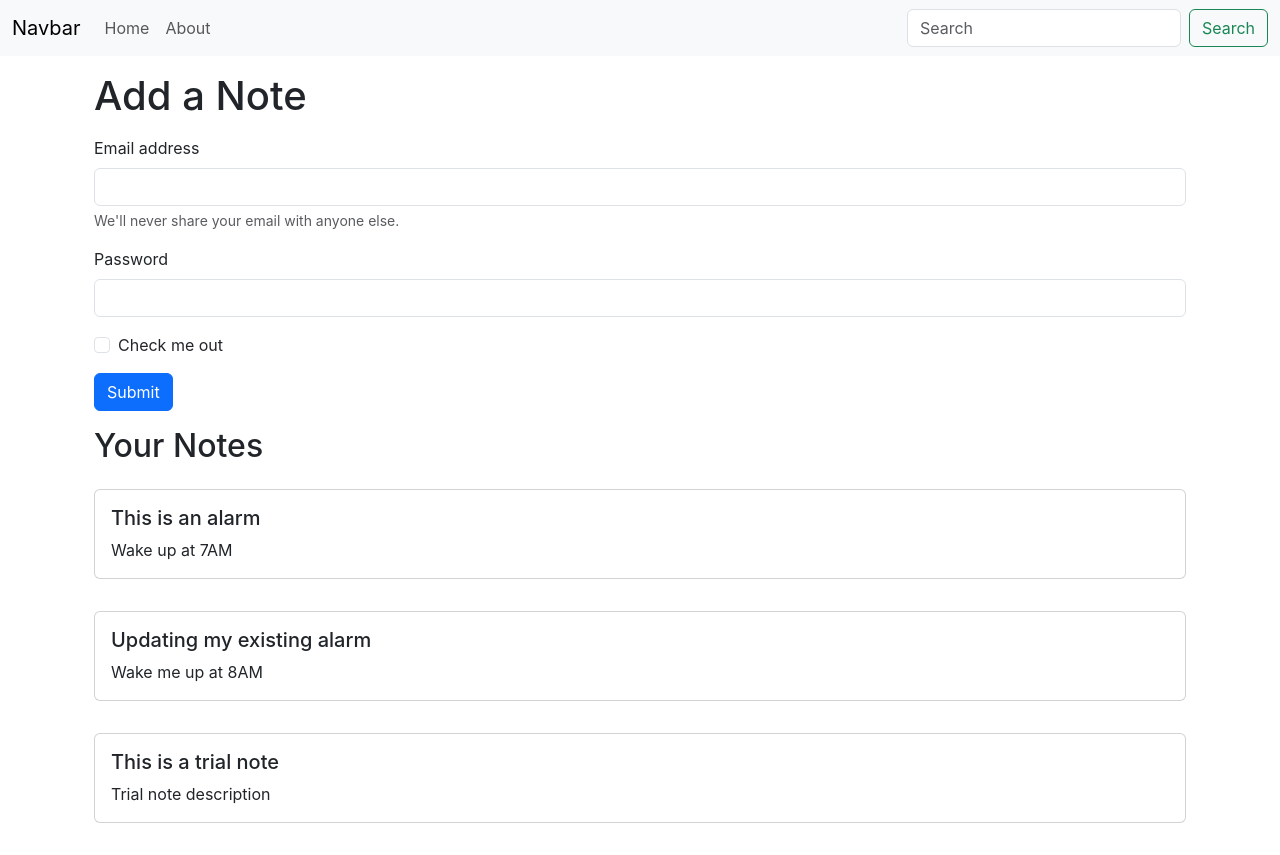
Repository: bhaveshdaipuria/inotebook
Page: /home
An editor plug-in stored every save of this project. The page is shown before and after the next save, followed by the edit.
The browser window is 1280 px wide. The pictures show the whole page.
The project was rebuilt for these pictures with package versions that can differ from the ones it lists, and the page was loaded fresh each time. Also part of the build but not shown: src/App.css, src/components/About.js.

Above is the page before, as saved 2023-05-03 14:20:08.

### public/index.html
<!DOCTYPE html>
<html lang="en">
  <head>
    <meta charset="utf-8" />
    <link rel="icon" href="%PUBLIC_URL%/favicon.ico" />
    <meta name="viewport" content="width=device-width, initial-scale=1" />
    <meta name="theme-color" content="#000000" />
    <meta
      name="description"
      content="Web site created using create-react-app"
    />
    <link rel="apple-touch-icon" href="%PUBLIC_URL%/logo192.png" />
    <link href="https://cdn.jsdelivr.net/npm/bootstrap@5.3.0-alpha3/dist/css/bootstrap.min.css" rel="stylesheet" integrity="sha384-KK94CHFLLe+nY2dmCWGMq91rCGa5gtU4mk92HdvYe+M/SXH301p5ILy+dN9+nJOZ" crossorigin="anonymous">
    <!--
      manifest.json provides metadata used when your web app is installed on a
      user's mobile device or desktop. See https://developers.google.com/web/fundamentals/web-app-manifest/
    -->
    <link rel="manifest" href="%PUBLIC_URL%/manifest.json" />
    <!--
      Notice the use of %PUBLIC_URL% in the tags above.
      It will be replaced with the URL of the `public` folder during the build.
      Only files inside the `public` folder can be referenced from the HTML.

      Unlike "/favicon.ico" or "favicon.ico", "%PUBLIC_URL%/favicon.ico" will
      work correctly both with client-side routing and a non-root public URL.
      Learn how to configure a non-root public URL by running `npm run build`.
    -->
    <title>iNotebook</title>
  </head>
  <body>
    <noscript>You need to enable JavaScript to run this app.</noscript>
    <div id="root"></div>
    <!--
      This HTML file is a template.
      If you open it directly in the browser, you will see an empty page.

      You can add webfonts, meta tags, or analytics to this file.
      The build step will place the bundled scripts into the <body> tag.

      To begin the development, run `npm start` or `yarn start`.
      To create a production bundle, use `npm run build` or `yarn build`.
    -->
  </body>
  <script src="https://cdn.jsdelivr.net/npm/bootstrap@5.3.0-alpha3/dist/js/bootstrap.bundle.min.js" integrity="sha384-ENjdO4Dr2bkBIFxQpeoTz1HIcje39Wm4jDKdf19U8gI4ddQ3GYNS7NTKfAdVQSZe" crossorigin="anonymous"></script>
</html>

### src/App.js
import './App.css';
import Navbar from './components/Navbar';
import Home  from './components/Home';
import { BrowserRouter, Routes, Route } from 'react-router-dom';
import About from './components/About';
import NoteState from './context/notes/NoteState';

function App() {
  return (
    <>
    <NoteState>
    <BrowserRouter>
    <Navbar/>
    <div className='container'>
      <Routes>
      <Route exact path = '/home' element={<Home/>}/>
      <Route exact path = '/about' element={<About/>}/>
    </Routes>
    </div>
    </BrowserRouter>
    </NoteState>
    </>
  );
}

export default App;

### src/components/Navbar.js
import React, { useEffect } from "react";
import { Link, useLocation } from "react-router-dom";

function Navbar() {
  let location = useLocation();
  useEffect(()=>{
    console.log(location.pathname)
  }, [location]);
  return (
    <nav className="navbar navbar-expand-lg bg-body-tertiary">
      <div className="container-fluid">
        <Link className="navbar-brand" to="/">
          Navbar
        </Link>
        <button
          className="navbar-toggler"
          type="button"
          data-bs-toggle="collapse"
          data-bs-target="#navbarSupportedContent"
          _aria-controls="navbarSupportedContent"
          aria-expanded="false"
          aria-label="Toggle navigation"
        >
          <span className="navbar-toggler-icon"></span>
        </button>
        <div className="collapse navbar-collapse" id="navbarSupportedContent">
          <ul className="navbar-nav me-auto mb-2 mb-lg-0">
            <li className="nav-item">
              <Link className={`nav-link ${location.pathname === '/'?"active":""}`} aria-current="page" to="/home">
                Home
              </Link>
            </li>
            <li className="nav-item">
              <Link className={`nav-link ${location.pathname === '/about'?"active":""}`} to="/about">
                About
              </Link>
            </li>
          </ul>
          <form className="d-flex" role="search">
            <input
              className="form-control me-2"
              type="search"
              placeholder="Search"
              aria-label="Search"
            />
            <button className="btn btn-outline-success" type="submit">
              Search
            </button>
          </form>
        </div>
      </div>
    </nav>
  );
}

export default Navbar;

### src/components/Home.js
import React from 'react';
import Notes from './Notes';

function Home() {
  return (
    <div>
    <div className='container my-3'>
    <h1>Add a Note</h1>
    <form className='my-3'>
  <div className="mb-3">
    <label for="exampleInputEmail1" className="form-label">Email address</label>
    <input type="email" className="form-control" id="exampleInputEmail1" aria-describedby="emailHelp"/>
    <div id="emailHelp" className="form-text">We'll never share your email with anyone else.</div>
  </div>
  <div className="mb-3">
    <label for="exampleInputPassword1" className="form-label">Password</label>
    <input type="password" className="form-control" id="exampleInputPassword1"/>
  </div>
  <div className="mb-3 form-check">
    <input type="checkbox" className="form-check-input" id="exampleCheck1"/>
    <label className="form-check-label" for="exampleCheck1">Check me out</label>
  </div>
  <button type="submit" className="btn btn-primary">Submit</button>
</form>
</div>
<Notes/>
</div>
  )
}

export default Home;

### src/context/notes/NoteState.js
import NoteContext from "./noteContext";
import { useState } from "react";

const  NoteState = (props)=>{
    const notesInitial = [
        {
          "_id": "644f7e8be617961a0e690ce2",
          "user": "644f7d94e617961a0e690ccc",
          "title": "This is an alarm",
          "description": "Wake up at 7AM",
          "tag": "General",
          "date": "2023-05-01T08:55:39.717Z",
          "__v": 0
        },
        {
          "_id": "644f7ea9e617961a0e690ce5",
          "user": "644f7d94e617961a0e690ccc",
          "title": "Updating my existing alarm",
          "description": "Wake me up at 8AM",
          "tag": "Updated Alarm",
          "date": "2023-05-01T08:56:09.511Z",
          "__v": 0
        },
        {
          "_id": "644f8271f19dd960cfe94ffd",
          "user": "644f7d94e617961a0e690ccc",
          "title": "This is a trial note",
          "description": "Trial note description",
          "tag": "General",
          "date": "2023-05-01T09:12:17.622Z",
          "__v": 0
        }
      ]
      const [notes, setNotes] = useState(notesInitial)
    return(
        <NoteContext.Provider value={{notes, setNotes}}>
            {props.children}
        </NoteContext.Provider>
    )
}

export default NoteState;

### src/components/Notes.js
import React, {useContext} from 'react';
import noteContext from '../context/notes/noteContext';
import NoteItem from './NoteItem';

function Notes() {
    const context = useContext(noteContext);
    const {notes, setNotes} = context;
  return (
    <div className='container my-3'>
    <h2>Your Notes</h2>
    <div className='row'>
    {notes.map((note)=>{
      return <NoteItem title={note.title} description={note.description}/>
    })}
    </div>
    </div>
  )
}

export default Notes;

### src/components/NoteItem.js
import React from 'react'

function NoteItem({title, description}) {
  return (
    <div className='col-mid-3'>
    <div className='card my-3'>
        <div className='card-body'>
            <h5 className='card-title'>{title}</h5>
            <p className='card-text'>{description}</p>
        </div>
    </div>
    </div>
  )
}

export default NoteItem;

Loaded but not shown: src/index.js (common file); src/index.css (common file); src/context/notes/noteContext.js (common file)

After the next save:
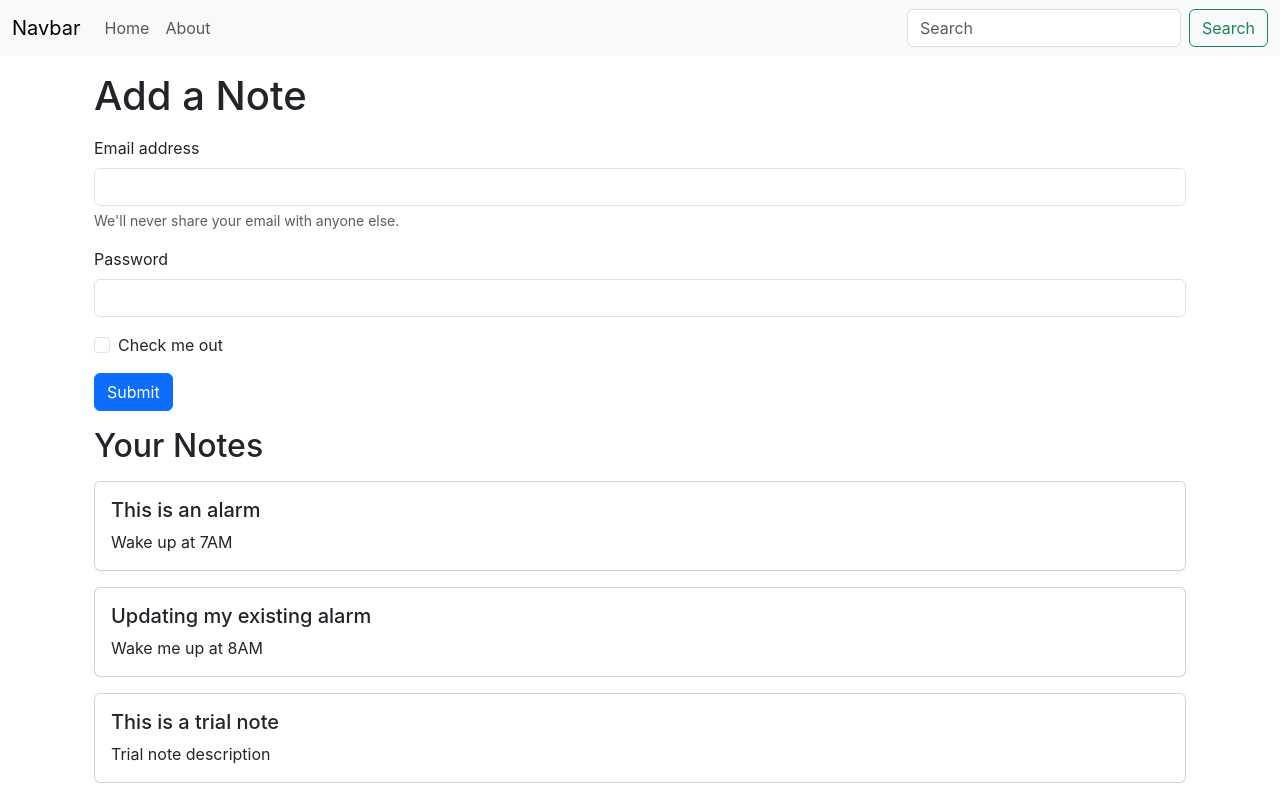
Saved 11 s later.
--- a/src/components/Notes.js
+++ b/src/components/Notes.js
@@ -8,11 +8,9 @@ function Notes() {
   return (
     <div className='container my-3'>
     <h2>Your Notes</h2>
-    <div className='row'>
     {notes.map((note)=>{
       return <NoteItem title={note.title} description={note.description}/>
     })}
-    </div>
     </div>
   )
 }
